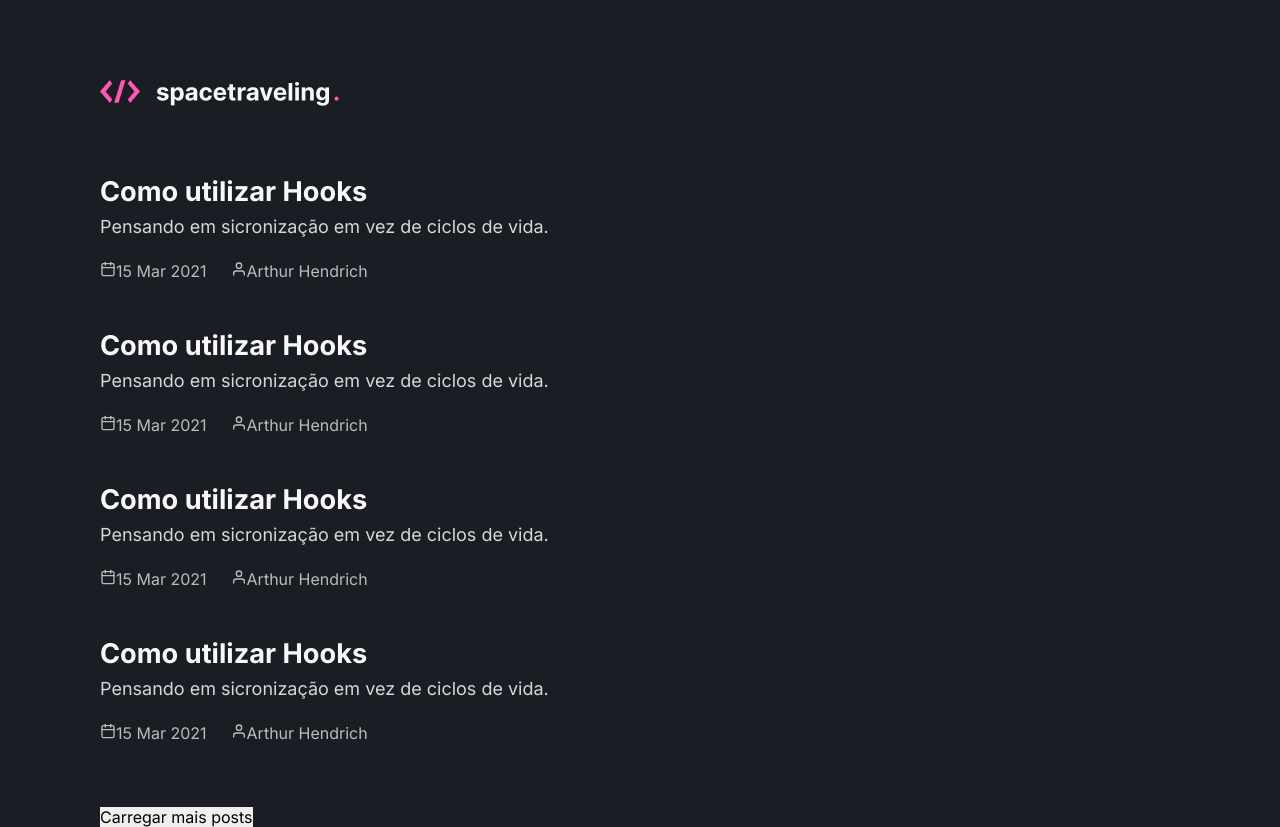
Repository: ArthurHendrich/Ignite-NextJS
Page: /
These files come from the project's save history. The page is drawn as it stood at one moment and after the next save; the edit follows.
The browser window is 1280 px wide. The pictures show the whole page.
The project was rebuilt for these pictures with package versions that can differ from the ones it lists, and the page was loaded fresh each time. The framework's server and built-in components were replaced by stand-ins that run in the browser.

Above is the page before, as saved 2022-07-09 15:53:06.

After the next save:
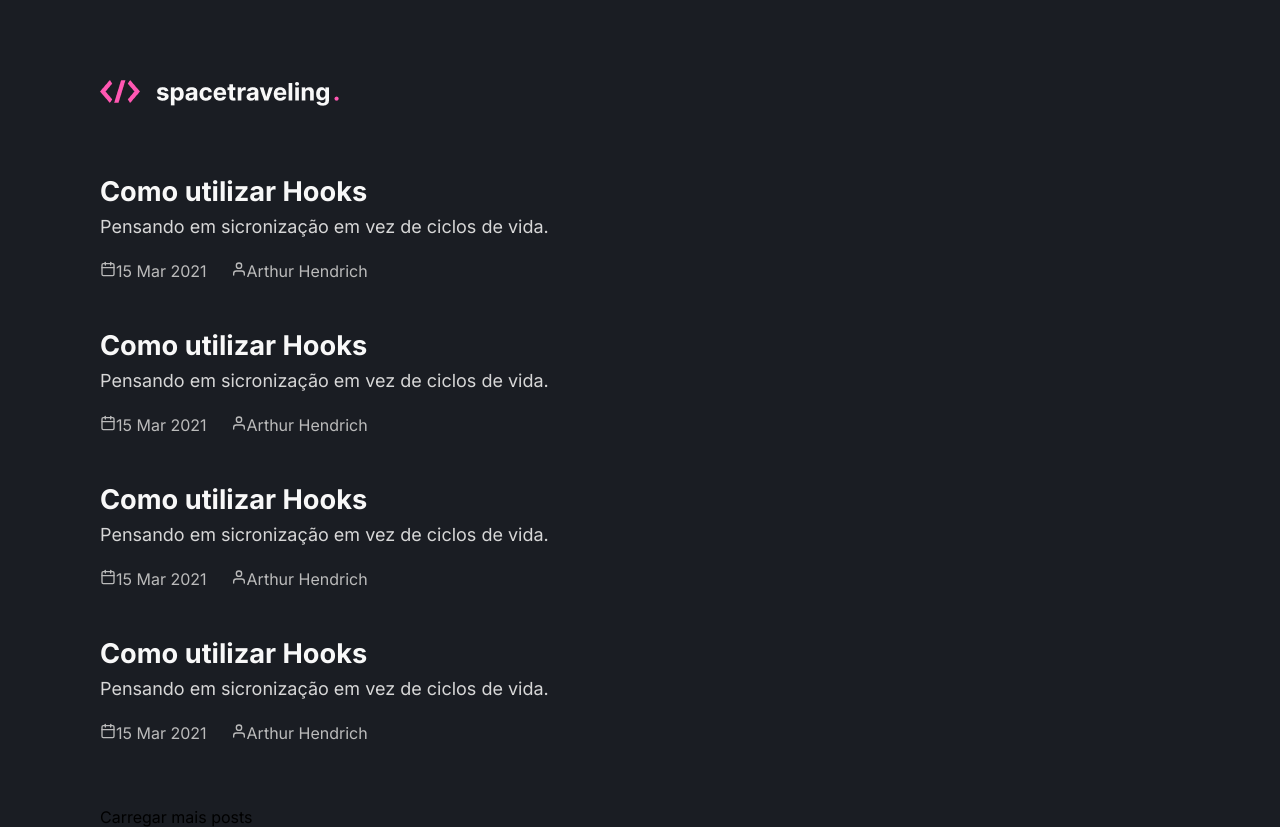
Saved 10 s later.
--- a/src/pages/home.module.scss
+++ b/src/pages/home.module.scss
@@ -29,6 +29,7 @@
   margin-top: 4rem;
 
   button {
-    border: 0
+    border: 0;
+    background: transparent;
   }
 }
